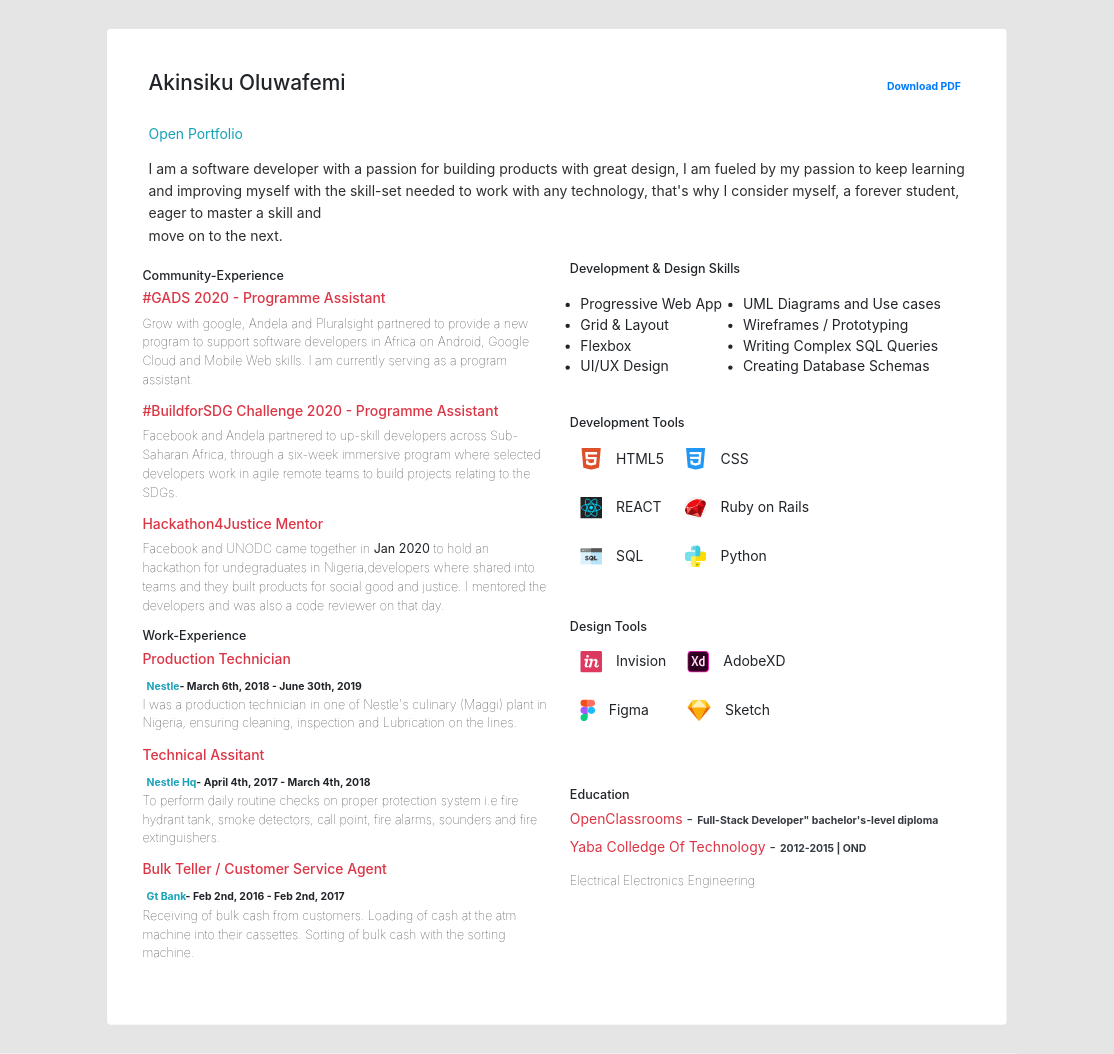
Repository: akinsikuoluwafemi/resume
Page: index.html
An editor plug-in stored every save of this project. The page is shown before and after the next save, followed by the edit.
The browser window is 1280 px wide. The pictures show the whole page, at 87% of full size.
The style sheet was rebuilt from its Sass, Less or Tailwind sources for each picture, by a compiler version that may differ from the author's.

Above is the page before, as saved 2020-08-03 19:00:42.

After the next save:
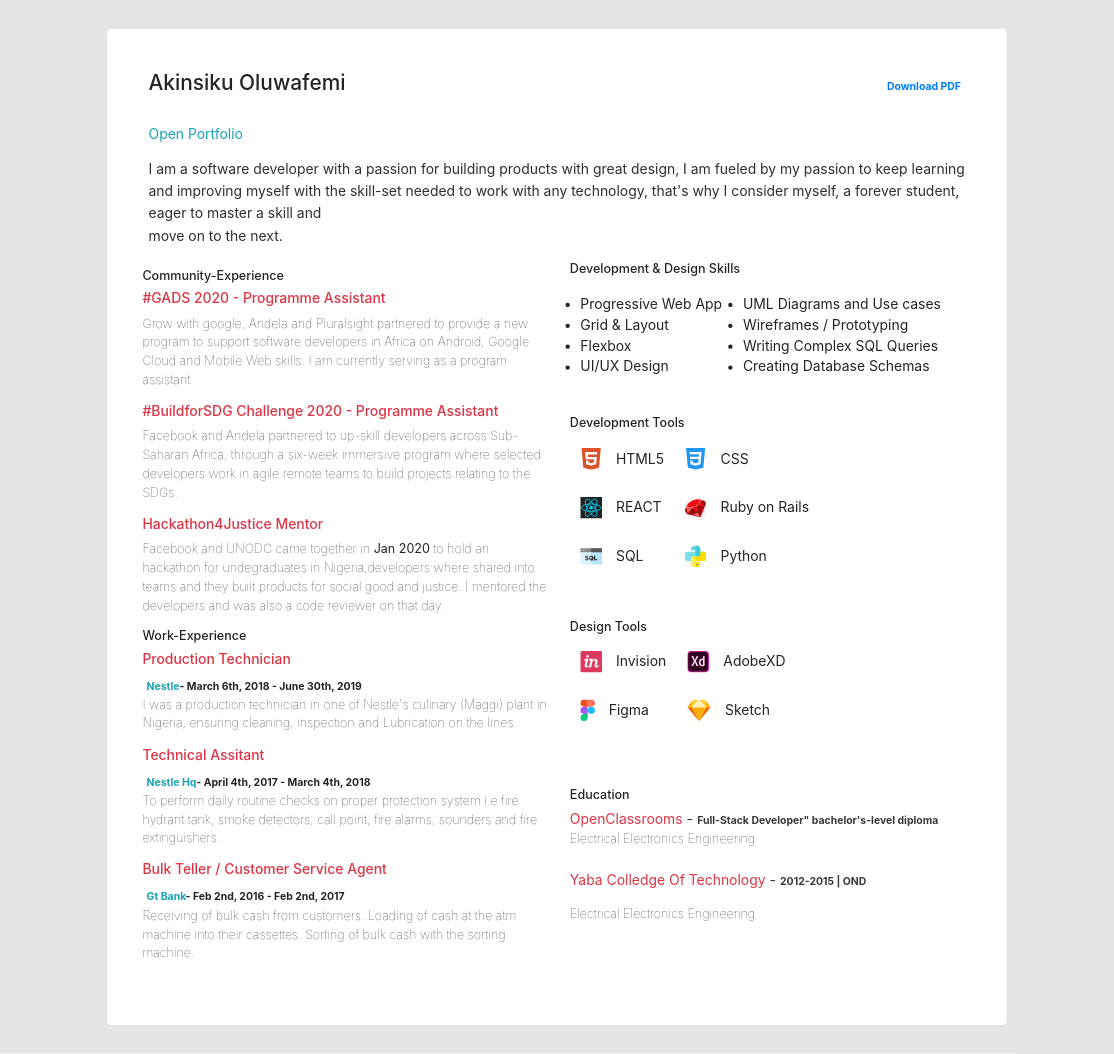
Saved 48 s later.
--- a/index.html
+++ b/index.html
@@ -220,6 +220,7 @@
                         <h5 class="item__header">Education</h5>
                         <a href="https://www.francecompetences.fr/recherche/rncp/27099/" class="text-danger text-info">OpenClassrooms
                             <span class="text-dark">-</span><span class="badge text-dark">Full-Stack Developer" bachelor's-level diploma</span></a>
+                        <p class="item__description ">Electrical Electronics Engineering</p>
 
                         <p class="text-danger pt-2">Yaba Colledge Of Technology <span class="text-dark">-</span><span class="badge text-dark">2012-2015
                                 | OND</span></p>
